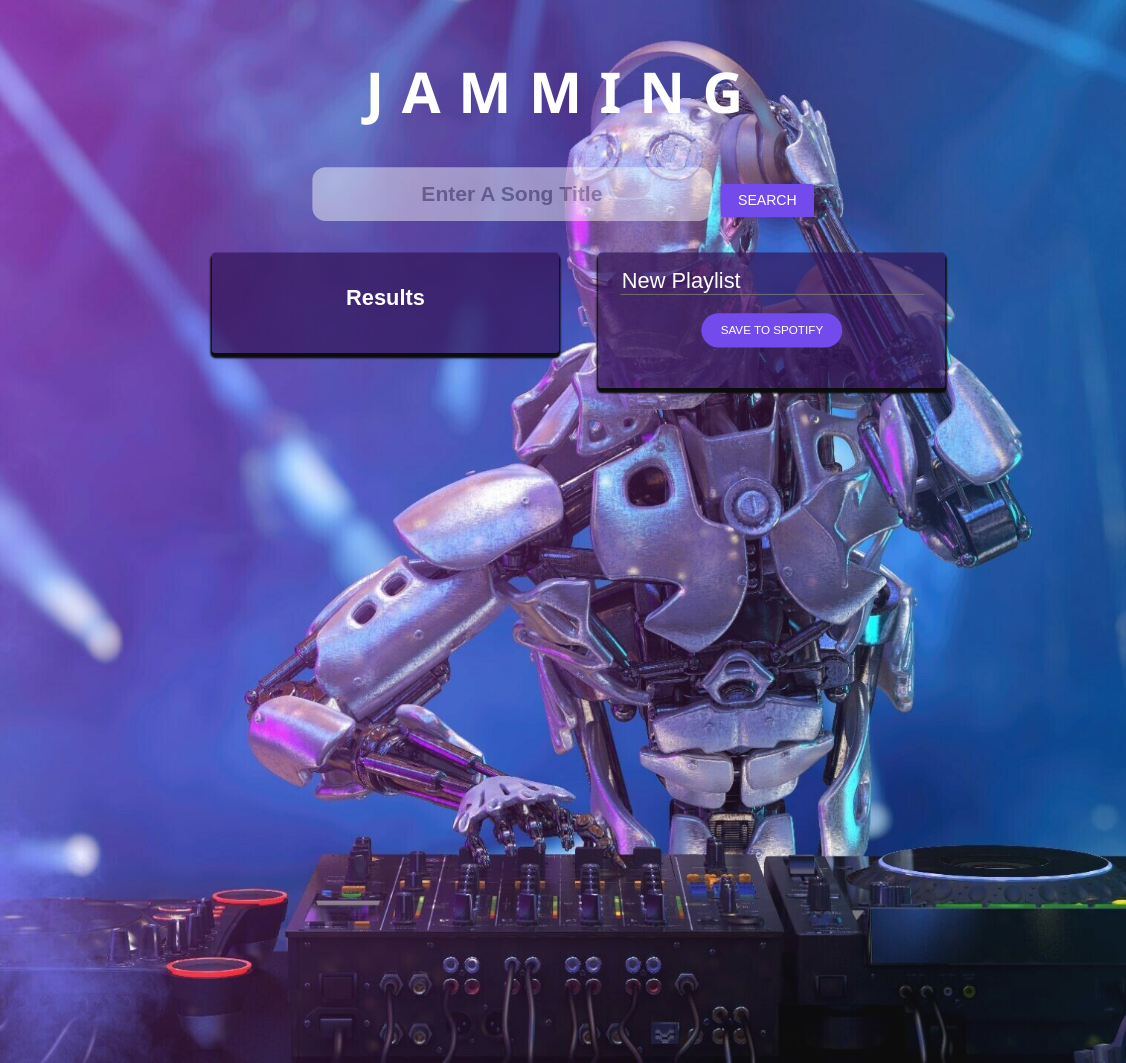
Repository: LolaSL/jamming
Page: /
An editor plug-in stored every save of this project. The page is shown before and after the next save, followed by the edit.
The browser window is 1280 px wide. The pictures show the whole page, at 88% of full size.
The project was rebuilt for these pictures with package versions that can differ from the ones it lists, and the page was loaded fresh each time. Also part of the build but not shown: src/components/Track/Track.css, src/components/Track/Track.jsx.

Above is the page before, as saved 2023-06-23 18:11:02.

After the next save:
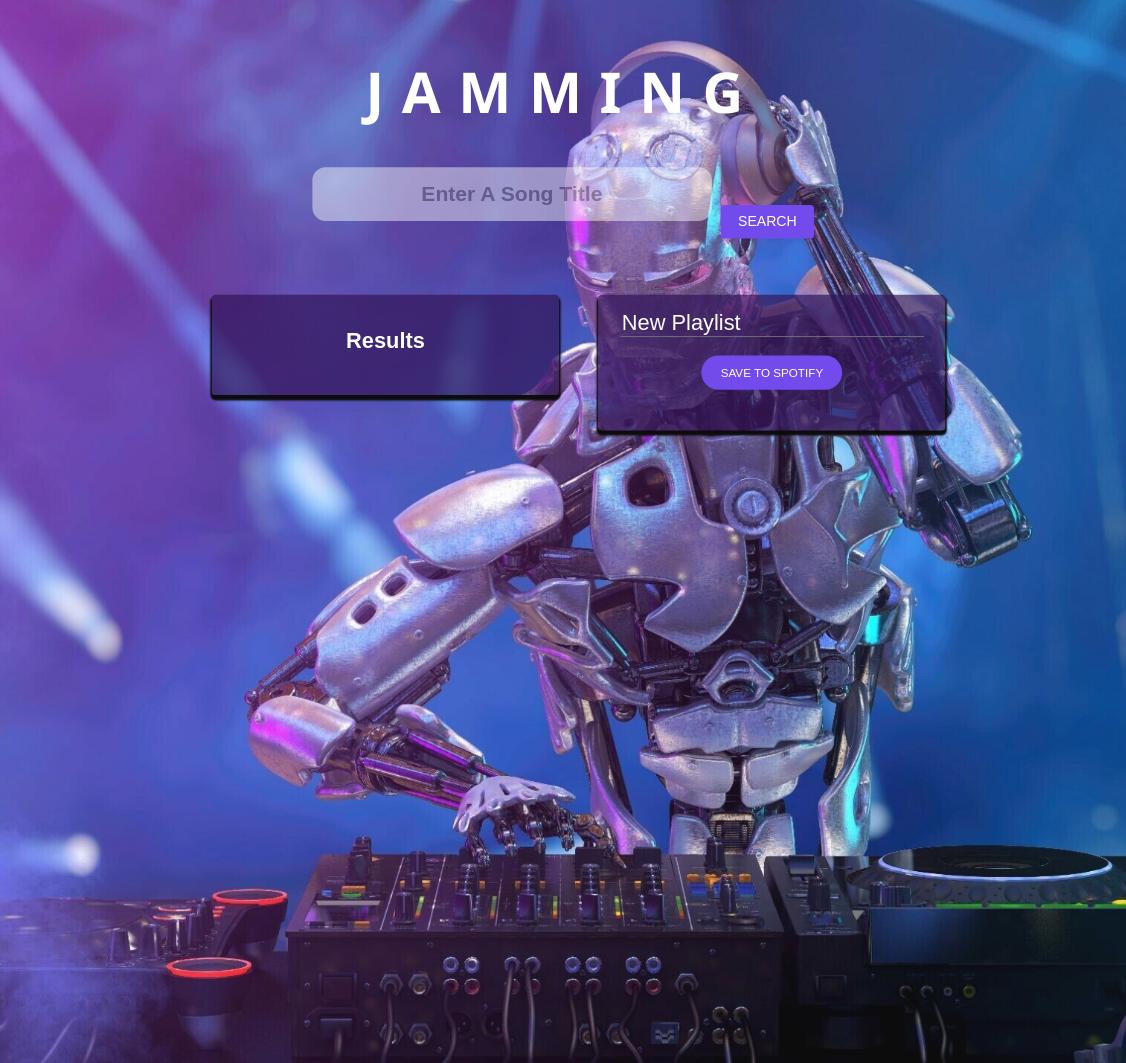
Saved 15 s later.
--- a/src/components/SearchBar/SearchBar.css
+++ b/src/components/SearchBar/SearchBar.css
@@ -16,7 +16,7 @@
   padding:1rem 0;
   border: 2px solid #fff;
   border-radius: 15px;
-  margin-bottom: 1rem;
+  margin-bottom: 4rem;
   color: black;
   font-weight: 600;
   text-align: center;

After the save that followed:
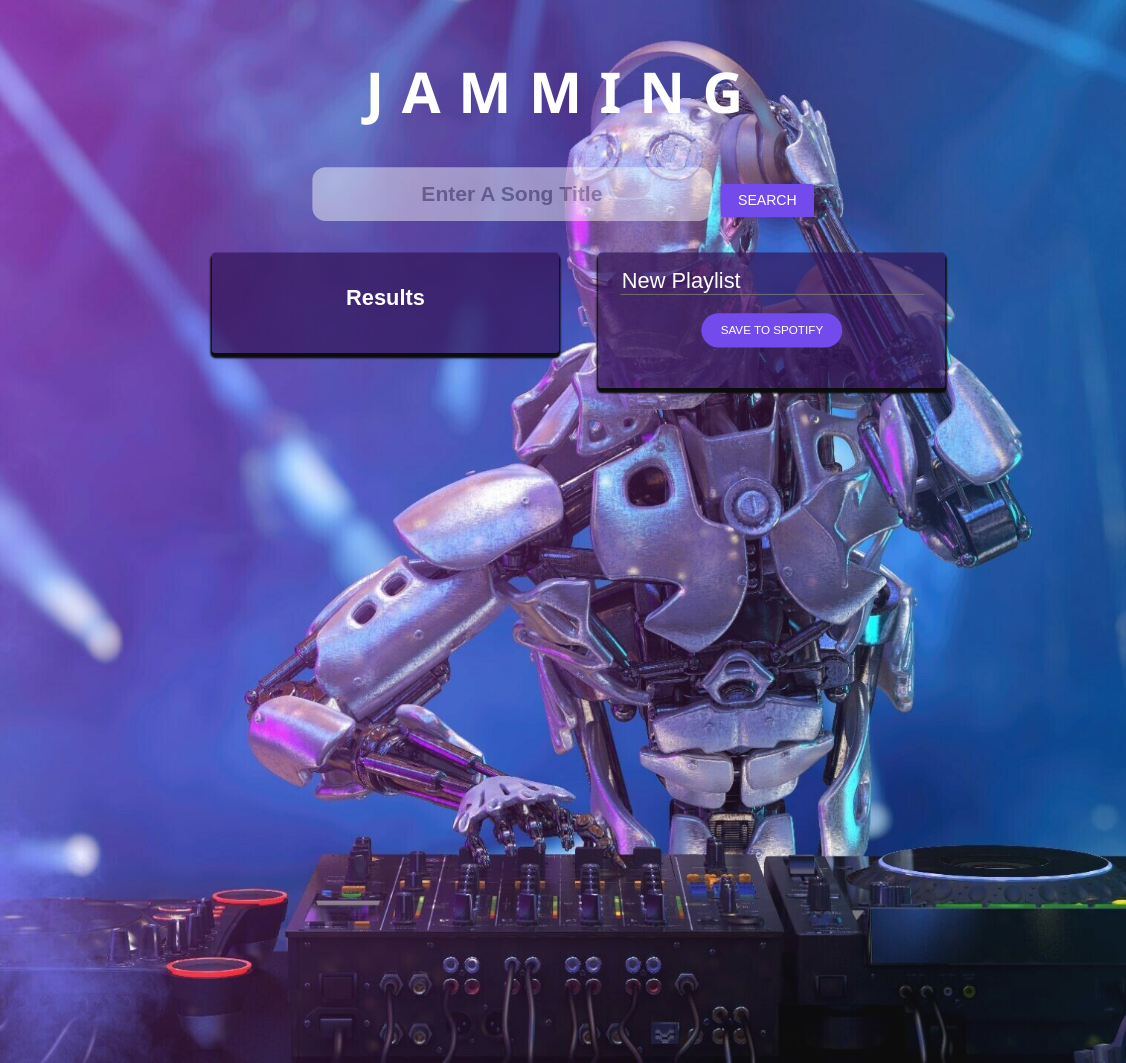
Saved 7 s later.
--- a/src/components/SearchBar/SearchBar.css
+++ b/src/components/SearchBar/SearchBar.css
@@ -16,7 +16,7 @@
   padding:1rem 0;
   border: 2px solid #fff;
   border-radius: 15px;
-  margin-bottom: 4rem;
+  margin-bottom: 1rem;
   color: black;
   font-weight: 600;
   text-align: center;
